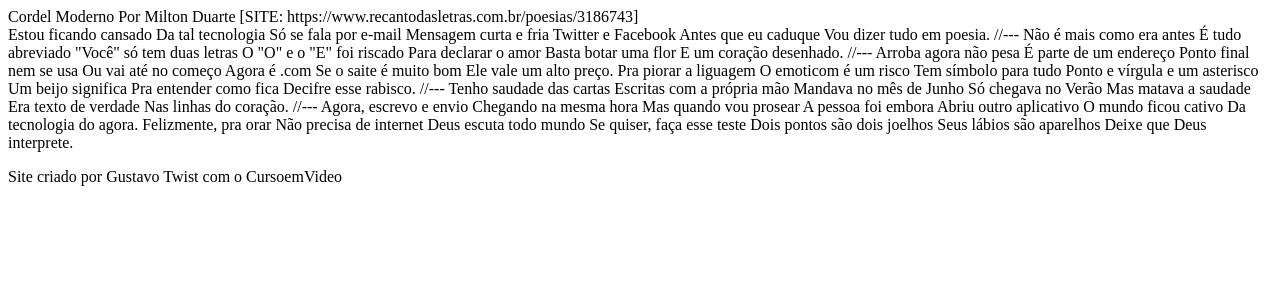
Repository: gustavotwist/projeto-cordel
Page: index.html
An editor plug-in stored every save of this project. The page is shown before and after the next save, followed by the edit.
The browser window is 1280 px wide. The pictures show the whole page.

Above is the page before, as saved 2024-04-14 21:57:51.

After the next save:
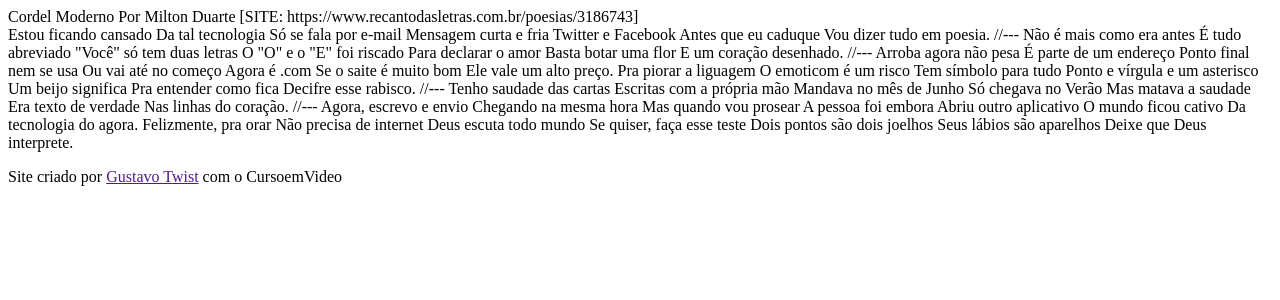
Saved 28 s later.
--- a/index.html
+++ b/index.html
@@ -77,7 +77,7 @@
     Deixe que Deus interprete.
 
     <footer>
-        <p>Site criado por Gustavo Twist com o CursoemVideo</p>
+        <p>Site criado por <a href="">Gustavo Twist</a> com o CursoemVideo</p>
     </footer>
 </body>
 </html>
